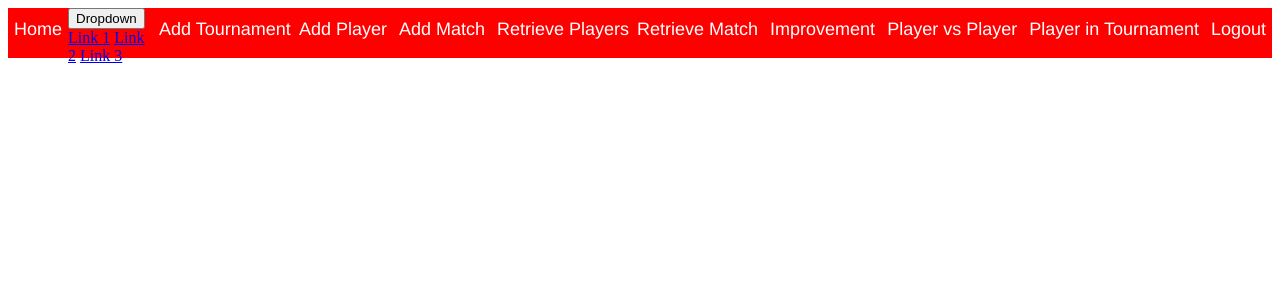
Repository: prm2711/javaapps
Page: http://localhost/Tournament/front.jsp
An editor plug-in stored every save of this project. The page is shown before and after the next save, followed by the edit.
The browser window is 1280 px wide. The pictures show the whole page.
The page is served by Tomcat 9. The session is filled in as if someone had signed in: {"name": "admin", "username": "admin"}. Other server files are loaded and not shown.

Above is the page before, as saved 2018-01-29 10:05:59.

### eclipse-workspace/Tournament/WebContent/front.jsp

<%@ page language="java" contentType="text/html; charset=ISO-8859-1"
    pageEncoding="ISO-8859-1"%>
<!DOCTYPE html PUBLIC "-//W3C//DTD HTML 4.01 Transitional//EN" "http://www.w3.org/TR/html4/loose.dtd">
<html>
<head>
<meta http-equiv="Content-Type" content="text/html; charset=ISO-8859-1">
<title>Home</title>
<link rel="stylesheet" type="text/css" href="css/front.css">
</head>
<body>
<ul>

  <li class="home">
  <%
		if (session.getAttribute("name").equals("admin")) {
	%>
	<form method="post" action="home.jsp" class="form-button-home">
		<input class="button-add" type="submit" name="link" value="Home">
	</form><%
		} else if (session.getAttribute("name").equals("user")) {
	%><form method="post" action="userhome.jsp" class="form-button-home">
		<input class="button-add" type="submit" name="link" value="Home">
	</form><%} %></li>

<div class="dropdown">
  <button class="dropbtn">Dropdown</button>
  <div class="dropdown-content">
    <a href="#">Link 1</a>
    <a href="#">Link 2</a>
    <a href="#">Link 3</a>
  </div>
</div>

  <li class="addtour"><form method="post" action="inserttour.jsp" class="form-button">
		<input class="button-add" type="submit" name="link" value="Add Tournament">
	</form></li>
  <li class="addplayer"><form method="post" action="insertplayer.jsp" class="form-button">
		<input class="button-add" type="submit" name="link" value="Add Player">
	</form></li>
  <li class="addmatch"><form method="post" action="ListServlet" class="form-button">
		<input class="button-add" type="submit" name="link" value="Add Match">
	</form></li>
  <li class="retrieve"><form method="post" action="RetrievePlayerServlet" class="form-button">
		<input class="button-add" type="submit" value="Retrieve Players">
	</form></li>
	<li class="retrieve"><form method="post" action="RetrieveMatchServlet" class="form-button">
		<input class="button-add" type="submit" value="Retrieve Match">
	</form></li>
	<li class="retrieve"><form method="post" action="MostImprovedServlet" class="form-button">
		<input class="button-add" type="submit" value="Improvement">
	</form></li>
	<li class="twoplayers"><form method="post" action="ListServlet" class="form-button-match">
		<input class="button-add" type="submit" name="link" value="Player vs Player">
	</form></li>
	<li class="playertour"><form method="post" action="ListServlet" class="form-button-match">
		<input class="button-add" type="submit" name="link" value="Player in Tournament">
	</form></li>
	<li class="logout"><form method="post" action="LogoutServlet" class="form-button">
		<input class="button-add" type="submit" value="Logout">
	</form></li>
</ul>
</body>
</html>

### eclipse-workspace/Tournament/WebContent/css/front.css
@charset "ISO-8859-1";

ul {
	list-style-type: none;
	height: 50px;
	background-color: red;
	margin: 0;
	padding: 0;
	display: flex;
}

li {
	float: left;
	font-size: 20px;
	width: 110px;
}

.home, .logout {
	width: 75px;
}

.addmatch,.addplayer {
	width: 120px;
}

.addtour,.retrieve {
	width: 140px;
}

.twoplayers,.playertour {
	width: 190px;
}

.country {
	width: 250px;
}
li .form-button, li .form-button-match, li .form-button-home {
	color: white;
	text-align: center;
	text-decoration: none;
	font-size: 25px;
	padding-top: 10px;
}



.button-add {
	display: block;
	border-style: none;
	color: white;
	text-decoration: none;
	border: 0px;
	background-color: red;
	font-family: Helvetica;
	font-size: 18px;
}

li .button-add:hover {
	background-color: #555;
	color: white;
}

li .button-add:active {
	background-color: blue;
	color: white;
}

After the next save:
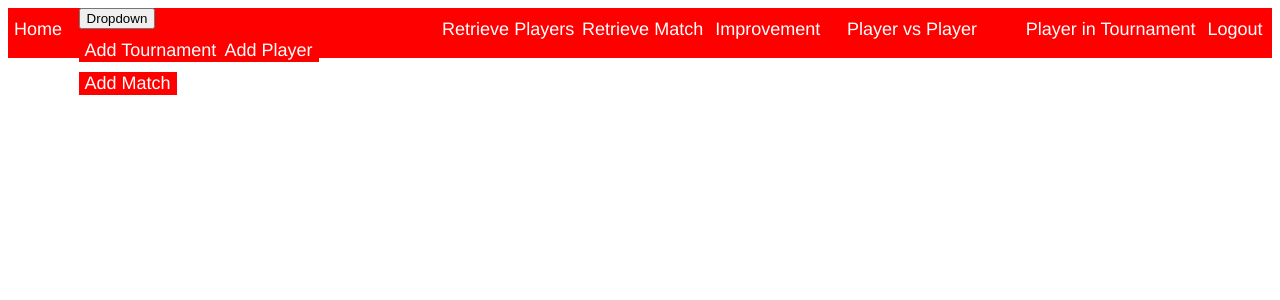
Saved 36 s later.
--- a/eclipse-workspace/Tournament/WebContent/front.jsp
+++ b/eclipse-workspace/Tournament/WebContent/front.jsp
@@ -26,13 +26,7 @@
 <div class="dropdown">
   <button class="dropbtn">Dropdown</button>
   <div class="dropdown-content">
-    <a href="#">Link 1</a>
-    <a href="#">Link 2</a>
-    <a href="#">Link 3</a>
-  </div>
-</div>
-
-  <li class="addtour"><form method="post" action="inserttour.jsp" class="form-button">
+     <li class="addtour"><form method="post" action="inserttour.jsp" class="form-button">
 		<input class="button-add" type="submit" name="link" value="Add Tournament">
 	</form></li>
   <li class="addplayer"><form method="post" action="insertplayer.jsp" class="form-button">
@@ -41,6 +35,10 @@
   <li class="addmatch"><form method="post" action="ListServlet" class="form-button">
 		<input class="button-add" type="submit" name="link" value="Add Match">
 	</form></li>
+  </div>
+</div>
+
+
   <li class="retrieve"><form method="post" action="RetrievePlayerServlet" class="form-button">
 		<input class="button-add" type="submit" value="Retrieve Players">
 	</form></li>
